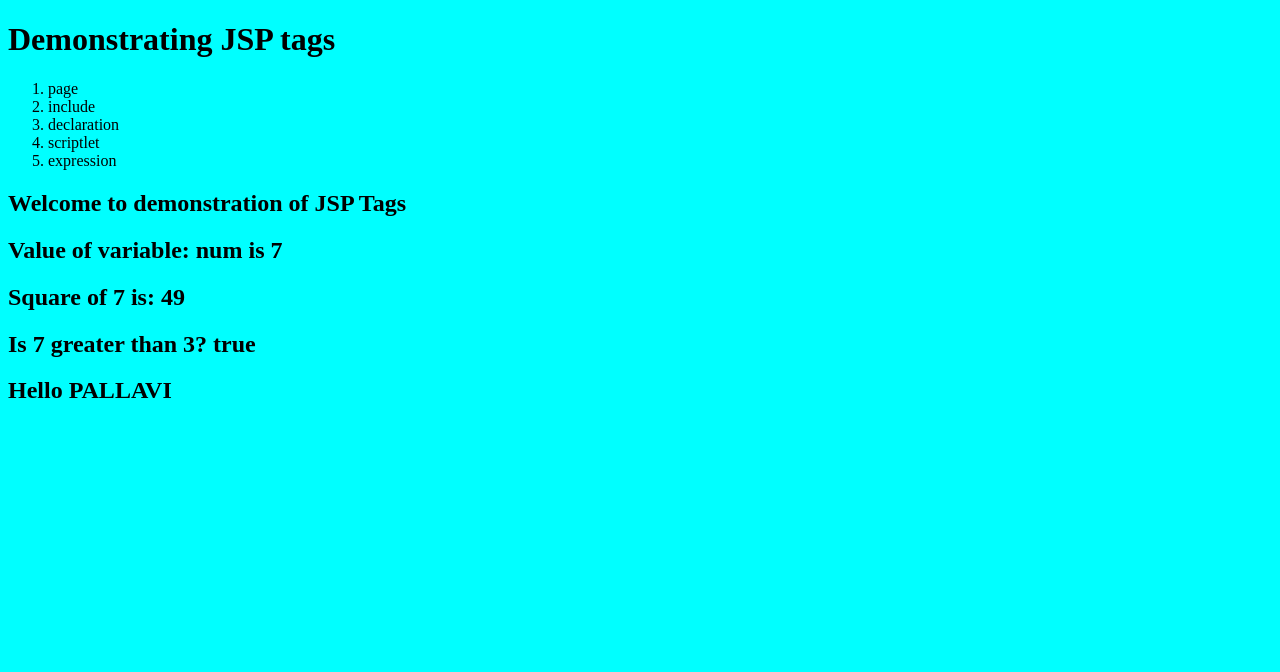
Repository: PallaviWalve/Advance-Java
Page: http://localhost/Web_Project/jsp_tags_demo.jsp
An editor plug-in stored every save of this project. The page is shown before and after the next save, followed by the edit.
The browser window is 1280 px wide. The pictures show the whole page.
The page is served by Tomcat 10.

Above is the page before, as saved 2024-06-06 04:32:05.

After the next save:
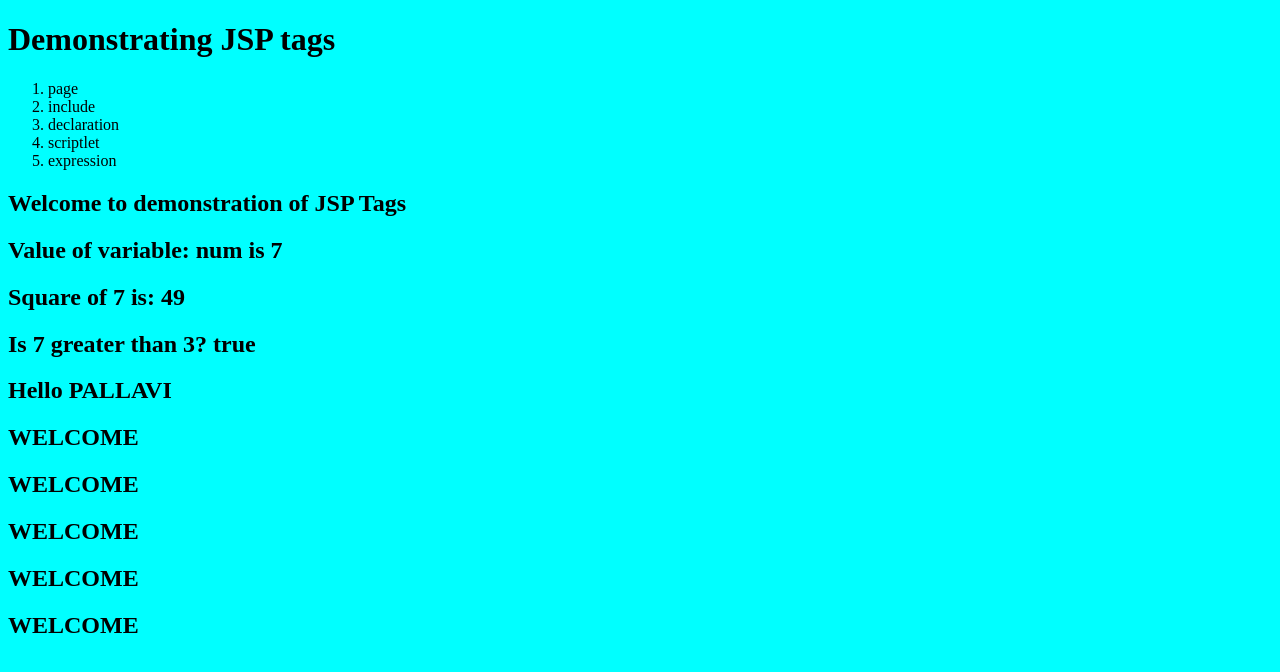
Saved 3 min 29 s later.
--- a/Web_Project/src/main/webapp/jsp_tags_demo.jsp
+++ b/Web_Project/src/main/webapp/jsp_tags_demo.jsp
@@ -23,8 +23,14 @@
 	<%--Invoking method: sayGreeting() --%>
 	<h2><%=sayGreeting("Pallavi") %></h2>
 
-	<%--Displaying message WELCOME 5 times using H2 heading style --%>
-
-
+	<%--Displaying message WELCOME 5 times using H2 heading style with the help
+	of FOR loop through scriptlet --%>
+	<%
+		for(int a=1;a<=5;a++){
+	%>
+		<h2>WELCOME</h2>
+	<%
+		}
+	%>
 </body>
 </html>
